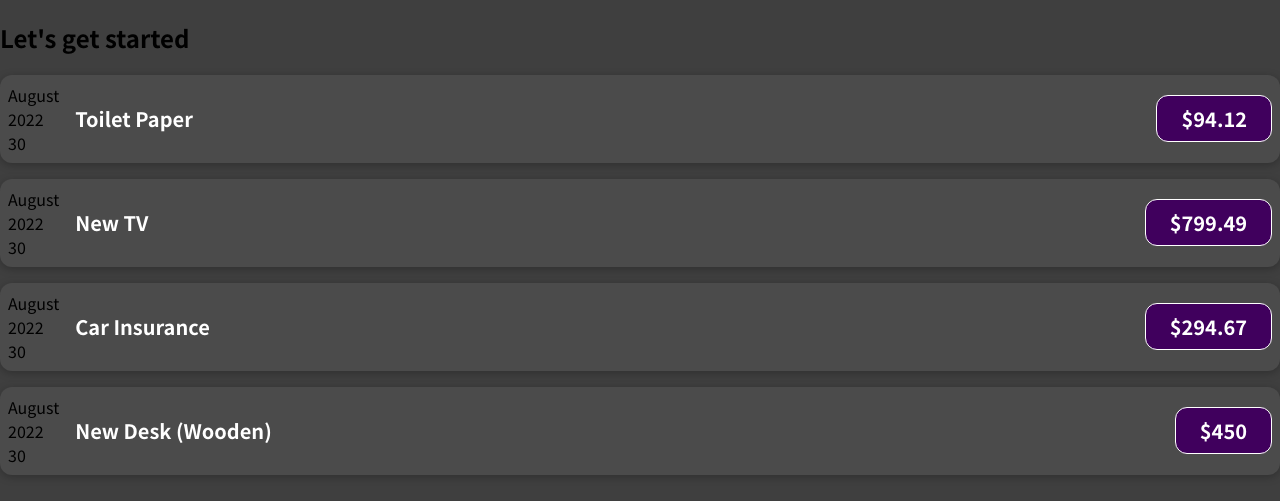
Repository: runner855/expense-tracker
Page: /
These files come from the project's save history. The page is drawn as it stood at one moment and after the next save; the edit follows.
The browser window is 1280 px wide. The pictures show the whole page.
The project was rebuilt for these pictures with package versions that can differ from the ones it lists, and the page was loaded fresh each time.

Above is the page before, as saved 2022-09-02 15:35:34.

### src/index.js
import React from 'react';
import ReactDOM from 'react-dom/client';
import expenses from './data/expenses.json';
import './styles/index.css';
import App from './components/App';

const root = ReactDOM.createRoot(document.getElementById('root'));
root.render(
  <React.StrictMode>
    <App expenses={expenses.expenses} />
  </React.StrictMode>
);

### src/data/expenses.json
{
  "expenses": [
    {
      "id": "e1",
      "title": "Toilet Paper",
      "amount": 94.12,
      "date": 1597408017000
    },
    {
      "id": "e2",
      "title": "New TV",
      "amount": 799.49,
      "date": 1615552017000
    },
    {
      "id": "e3",
      "title": "Car Insurance",
      "amount": 294.67,
      "date": 1616934417000
    },
    {
      "id": "e4",
      "title": "New Desk (Wooden)",
      "amount": 450,
      "date": 1623500817000
    }
  ]
}

### src/components/App.js
import React from 'react';
import ExpenseItem from '../components/ExpenseItem';


const App = (props) => {
  console.log(props)





  return (
    <div className="App">
      <h2>Let's get started</h2>
      <ExpenseItem date={props.expenses[0].date} title={props.expenses[0].title} amount={props.expenses[0].amount} />
      <ExpenseItem date={props.expenses[1].date} title={props.expenses[1].title} amount={props.expenses[1].amount} />
      <ExpenseItem date={props.expenses[2].date} title={props.expenses[2].title} amount={props.expenses[2].amount} />
      <ExpenseItem date={props.expenses[3].date} title={props.expenses[3].title} amount={props.expenses[3].amount} />






    </div>
  );
}

export default App;

### src/components/ExpenseItem.js
import React from 'react';
import '../styles/ExpenseItem.css'
import ExpenseDate from './ExpenseDate';


const ExpenseItem = (props) => {

  const { title, amount } = props;



  return (
    <div className='expense-item'>
      <ExpenseDate />
      <div className='expense-item__description'>
        <h2>{`${title}`}</h2>
        <div className='expense-item__price'>
          ${`${amount}`}
        </div>
      </div>
    </div>)
}

export default ExpenseItem;

### src/styles/ExpenseItem.css
.expense-item {
  display: flex;
  justify-content: space-between;
  align-items: center;
  box-shadow: 0 2px 8px rgba(0, 0, 0, 0.25);
  padding: 0.5rem;
  margin: 1rem 0;
  border-radius: 12px;
  background-color: #4b4b4b;
}

.expense-item__description {
  display: flex;
  flex-direction: column;
  gap: 1rem;
  align-items: flex-end;
  flex-flow: column-reverse;
  justify-content: flex-start;
  flex: 1;
}

.expense-item h2 {
  color: #3a3a3a;
  font-size: 1rem;
  flex: 1;
  margin: 0 1rem;
  color: white;
}

.expense-item__price {
  font-size: 1rem;
  font-weight: bold;
  color: white;
  background-color: #40005d;
  border: 1px solid white;
  padding: 0.5rem;
  border-radius: 12px;
}

@media (min-width: 580px) {
  .expense-item__description {
    flex-direction: row;
    align-items: center;
    justify-content: flex-start;
    flex: 1;
  }

  .expense-item__description h2 {
    font-size: 1.25rem;
  }

  .expense-item__price {
    font-size: 1.25rem;
    padding: 0.5rem 1.5rem;
  }
}

### src/components/ExpenseDate.js
import React from 'react';
import moment from 'moment';



const ExpenseDate = (props) => {
  const month = moment(props.date).format(' MMMM');
  const year = moment(props.date).format(" YYYY ");
  const day = moment(props.date).format('DD');


  return (
    <div>
      <div>{month}</div>
      <div>{year}</div>
      <div>{day}</div>


    </div>
  );
}

export default ExpenseDate;

Loaded but not shown: public/index.html (common file); src/styles/index.css (common file)

After the next save:
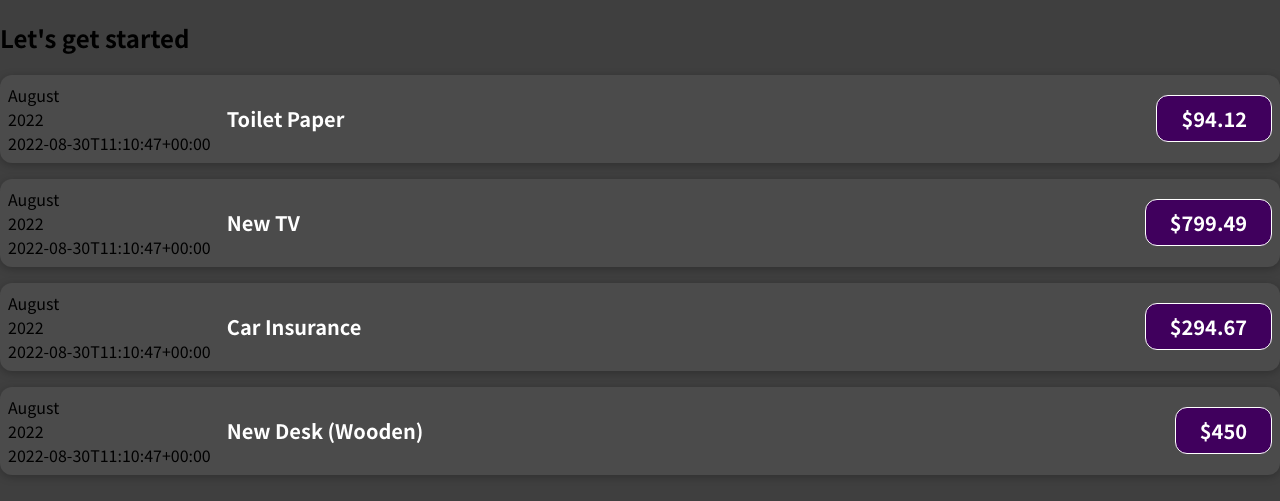
Saved 7 s later.
--- a/src/components/ExpenseDate.js
+++ b/src/components/ExpenseDate.js
@@ -6,7 +6,7 @@
 const ExpenseDate = (props) => {
   const month = moment(props.date).format(' MMMM');
   const year = moment(props.date).format(" YYYY ");
-  const day = moment(props.date).format('DD');
+  const day = moment(props.date).format('');
 
 
   return (

After the 2 saves that followed:
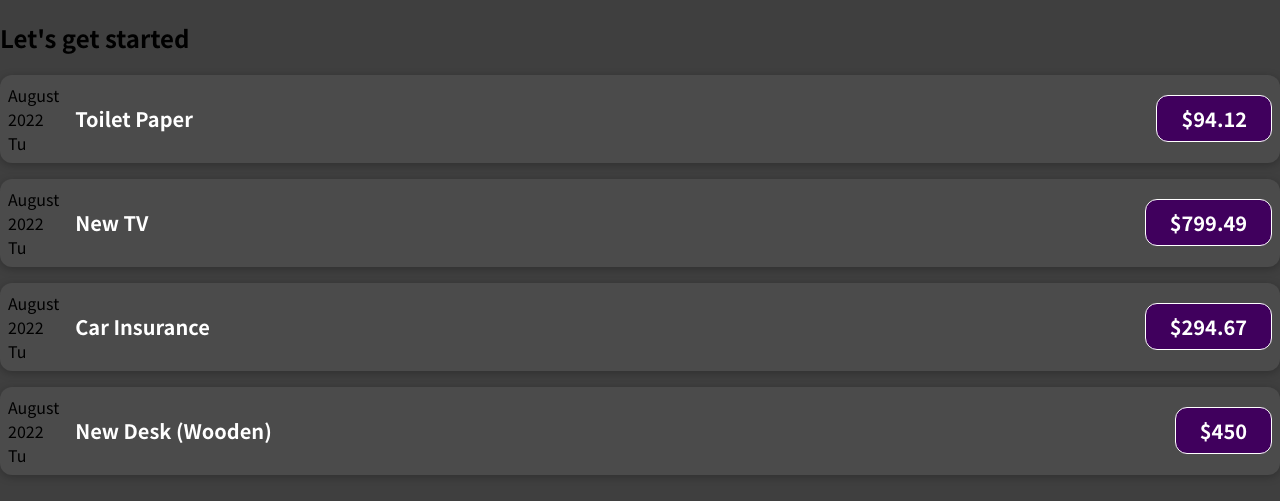
The 2 saves are shown as one change because 1 left the picture as it was.
The last was saved 58 s later.
--- a/src/components/ExpenseDate.js
+++ b/src/components/ExpenseDate.js
@@ -5,8 +5,8 @@
 
 const ExpenseDate = (props) => {
   const month = moment(props.date).format(' MMMM');
-  const year = moment(props.date).format(" YYYY ");
-  const day = moment(props.date).format('');
+  const year = moment(props.date).format(' YYYY ');
+  const day = moment(props.date).format('dd');
 
 
   return (
